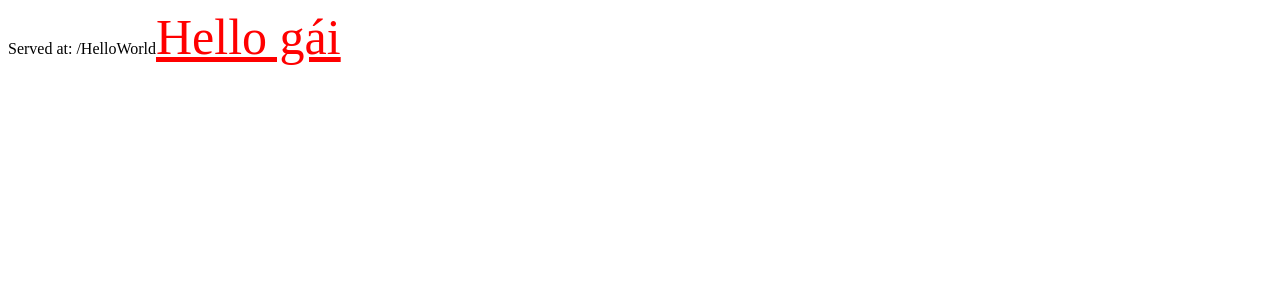
Repository: 1105trxc/LapTrinhWeb-2526
Page: http://localhost/HelloWorld/Login.html
These files come from the project's save history. The page is drawn as it stood at one moment and after a run of saves; the edit follows.
The browser window is 1280 px wide. The pictures show the whole page.
The page is served by Tomcat 10. Other server files are loaded and not shown.

Above is the page before, as saved 2025-08-20 06:45:06.

### HelloWorld/src/main/java/minimal/controller/HelloController.java
package minimal.controller;

import jakarta.servlet.ServletException;
import jakarta.servlet.annotation.WebServlet;
import jakarta.servlet.http.HttpServlet;
import jakarta.servlet.http.HttpServletRequest;
import jakarta.servlet.http.HttpServletResponse;
import java.io.IOException;
import java.io.PrintWriter;

/**
 * Servlet implementation class HelloController
 */
@WebServlet(urlPatterns = {"/", "/home"})
public class HelloController extends HttpServlet {
	private static final long serialVersionUID = 1L;
	private String message;

	@SuppressWarnings("serial")
	public void init() throws ServletException {
	// Do required initialization
	message = "Hello gái";
	}


    /**
     * @see HttpServlet#HttpServlet()
     */
    public HelloController() {
        super();
        // TODO Auto-generated constructor stub
    }

	/**
	 * @see HttpServlet#doGet(HttpServletRequest request, HttpServletResponse response)
	 */
	protected void doGet(HttpServletRequest request, HttpServletResponse response) throws ServletException, IOException {
		// TODO Auto-generated method stub
		response.getWriter().append("Served at: ").append(request.getContextPath());

		// Set response content type
		response.setContentType("text/html");
		// Actual logic goes here.
		PrintWriter out = response.getWriter();
		out.println("<a style ='color : red; font-size: 50px' href='https://www.facebook.com/dangkhoa.trac' >" + message + "</a>");

	}

	/**
	 * @see HttpServlet#doPost(HttpServletRequest request, HttpServletResponse response)
	 */
	protected void doPost(HttpServletRequest request, HttpServletResponse response) throws ServletException, IOException {
		// TODO Auto-generated method stub
		doGet(request, response);
	}

}

After the next 2 saves:
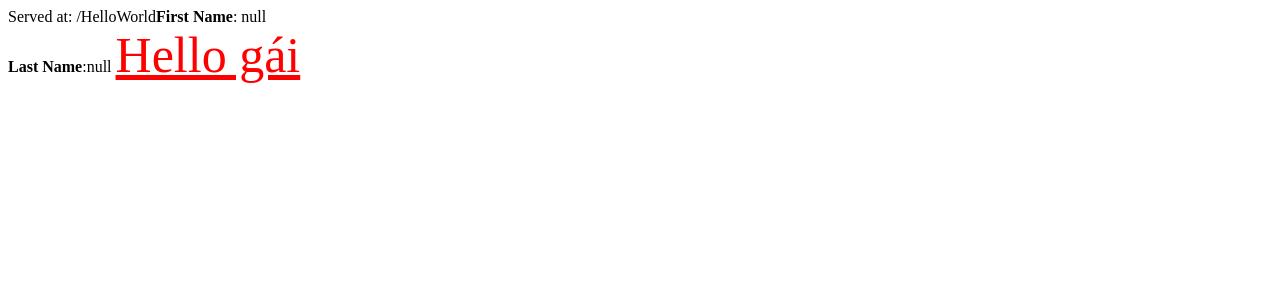
The 2 saves are shown as one change because 1 did not build or start.
The last was saved 9 min 14 s later.
--- a/HelloWorld/src/main/java/minimal/controller/HelloController.java
+++ b/HelloWorld/src/main/java/minimal/controller/HelloController.java
@@ -38,10 +38,16 @@ public class HelloController extends HttpServlet {
 		// TODO Auto-generated method stub
 		response.getWriter().append("Served at: ").append(request.getContextPath());
 
+		//Nhận dữ liệu từ request URL
+		String ten = request.getParameter("ten");
+		String holot = request.getParameter("holot");
+		//Hiển thị dữ liệu ra web bằng đối tượng PrintWriter
+		PrintWriter out = response.getWriter();
+		out.println("<b>First Name</b>: " + ten + "<br/><b>Last Name</b>:" + holot);
+
 		// Set response content type
 		response.setContentType("text/html");
 		// Actual logic goes here.
-		PrintWriter out = response.getWriter();
 		out.println("<a style ='color : red; font-size: 50px' href='https://www.facebook.com/dangkhoa.trac' >" + message + "</a>");
 
 	}
